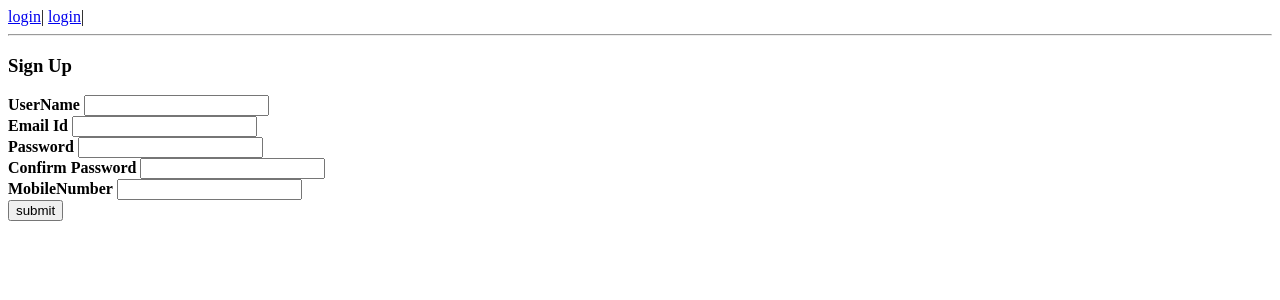
Repository: ashwinipatil321/ServletPrograms
Page: http://localhost/loginAndRegisterServlet/Register.jsp
These files come from the project's save history. The page is drawn as it stood at one moment and after the next save; the edit follows.
The browser window is 1280 px wide. The pictures show the whole page.
The page is served by Tomcat 9.

Above is the page before, as saved 2017-11-04 10:45:46.

After the next save:
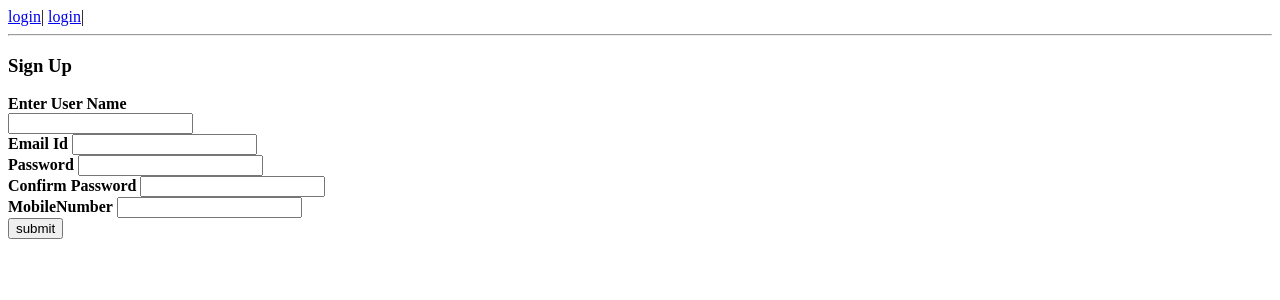
Saved 84 s later.
--- a/loginAndRegisterServlet/WebContent/Register.jsp
+++ b/loginAndRegisterServlet/WebContent/Register.jsp
@@ -13,8 +13,8 @@
     <h3> Sign Up </h3>
 
 <form action="RegisterServlet" method="post">
- <tr><label><b>UserName</b></label>
-<input type="text"name="UserName" required><br> </tr>
+ <tr><label><b>Enter User Name</b></label><br>
+<input type="text"name="UserName" required><br>
  <label><b>Email Id</b></label>
 <input type="text" name="EmailId"/><br/>
  <label><b>Password</b></label>
